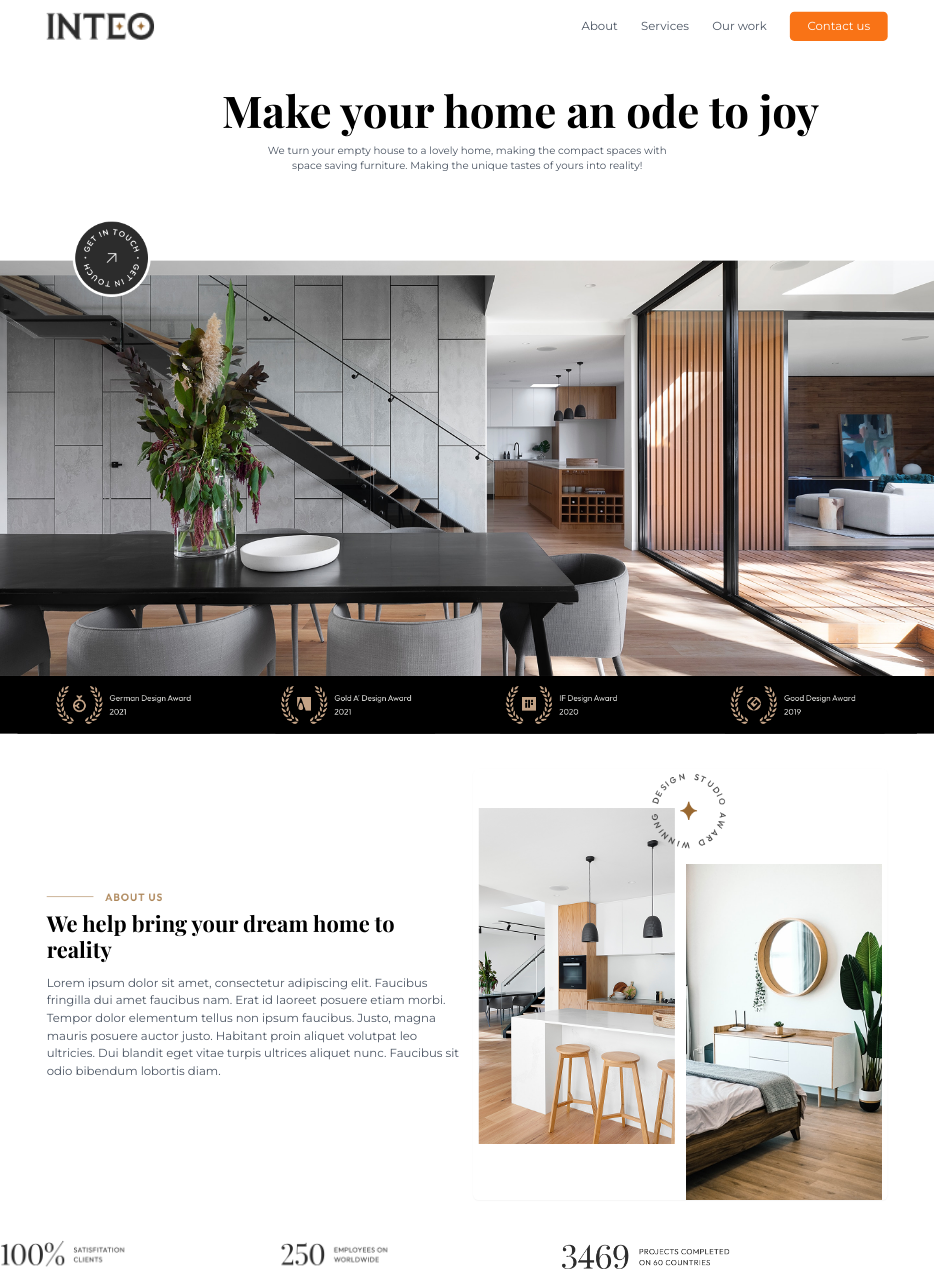
Repository: CatherinneJ/responsive-tailwind-website
Page: tailwind.html
These files come from the project's save history. The page is drawn as it stood at one moment and after the next save; the edit follows.
The browser window is 1280 px wide. The pictures show the whole page, at 73% of full size.
Some web libraries are served in a nearby version.

Above is the page before, as saved 2025-05-21 20:01:35.

### tailwind.html
<!DOCTYPE html>
<html lang="en">

<head>
    <meta charset="UTF-8">
    <meta name="viewport" content="width=device-width, initial-scale=1.0">
    <title>NTEO - Make your home an ode to joy</title>
    <script src="https://cdn.tailwindcss.com"></script>
    <link
        href="https://fonts.googleapis.com/css2?family=Playfair+Display:wght@400;700&family=Montserrat:wght@300;400;500;600&display=swap"
        rel="stylesheet">
    <style>
        .font-playfair {
            font-family: 'Playfair Display', serif;
        }

        body {
            font-family: 'Montserrat', sans-serif;
        }
    </style>
</head>

<body class="bg-white">
    <header class="py-3 px-4 sm:py-4 sm:px-6 lg:px-16">
        <nav class="flex justify-between items-center">
            <img src="./Assets/Logo.png" alt="logo" class="h-8 sm:h-10">
            <ul class="flex space-x-4 sm:space-x-6 md:space-x-8 items-center">
                <li class="hidden sm:inline-block text-gray-600 hover:text-black text-sm sm:text-base">About</li>
                <li class="hidden sm:inline-block text-gray-600 hover:text-black text-sm sm:text-base">Services</li>
                <li class="hidden md:inline-block text-gray-600 hover:text-black text-sm sm:text-base">Our work</li>
                <li
                    class="bg-orange-500 text-white px-4 py-1 sm:px-6 sm:py-2 rounded-md hover:bg-orange-600 text-sm sm:text-base">
                    Contact us</li>
            </ul>
        </nav>
    </header>
    <section
        class="flex flex-col items-center justify-center px-4 sm:px-6 lg:px-16 pt-6 pb-3 sm:pt-8 sm:pb-4 md:pt-12 md:pb-8 text-center">
        <h1
            class="text-3xl sm:text-4xl md:text-5xl lg:text-6xl font-bold whitespace-normal sm:whitespace-nowrap font-playfair mb-3 sm:mb-4 max-w-2xl">
            Make your home an ode to joy
        </h1>

        <p class="text-base sm:text-lg md:text-sm text-gray-600 mb-6 sm:mb-8 max-w-md sm:max-w-xl">
            We turn your empty house to a lovely home, making the compact spaces with space saving furniture. Making the
            unique tastes of yours into reality!
        </p>
    </section>

    <section class="mt-0">
        <img src="./Assets/Creative.png" class="w-full sm:whitespace-wrap" alt="Creative">
    </section>

    <section id="awards" class=" bg-black mt-0 sm:px-6">
        <div class="grid grid-cols-1 md:grid-cols-2 bg-black lg:grid-cols-4 gap-4 px-2 bg-black">

            <img src="./Assets/Awards1.png" class="w-2/3 sm:w-2/3 md:w-3/5 lg:w-3/4 mx-auto bg-black p-2"
                alt="award1">
            <img src="./Assets/Awards 2.png" class="w-2/3 sm:w-2/3 md:w-3/5 lg:w-3/4 mx-auto bg-black p-2"
                alt="award2">
            <img src="./Assets/Awards 3.png" class="w-2/3 sm:w-2/3 md:w-3/5 lg:w-3/4 mx-auto bg-black p-2"
                alt="award3">
            <img src="./Assets/Awards 4.png" class="w-2/3 sm:w-2/2 md:w-3/5 lg:w-3/4 mx-auto bg-black p-2"
                alt="award4">

        </div>
    </section>

    <section class="flex flex-col md:flex-row items-center gap-3 sm:gap-4 px-4 sm:px-6 lg:px-16 py-6 sm:py-8 md:py-12">
        <div class="md:w-1/2 order-2 md:order-1 mt-4 md:mt-0">

            <img src="./Assets/Eyebrow.png" class="mb-2 h-6 sm:h-4 md:h-5" alt="About us">

            <h2 class="text-xl sm:text-2xl md:text-3xl font-playfair font-bold mb-3 sm:mb-4">
                We help bring your dream home to reality
            </h2>
            <p class="text-gray-600 text-sm sm:text-base">
                Lorem ipsum dolor sit amet, consectetur adipiscing elit. Faucibus fringilla dui amet faucibus nam. Erat
                id laoreet posuere etiam morbi. Tempor dolor elementum tellus non ipsum faucibus. Justo, magna mauris
                posuere auctor justo. Habitant proin aliquet volutpat leo ultricies. Dui blandit eget vitae turpis
                ultrices aliquet nunc. Faucibus sit odio bibendum lobortis diam.
            </p>
        </div>
        <div class="md:w-1/2 order-1 md:order-2">
            <img src="./Assets/Section.png" alt="Home design" class="w-full rounded-lg shadow-sm">
        </div>
    </section>
    <search>
        <h3>
            <ul class="flex flex-wrap">
                <li><img src="./Assets/Metric Item.png" class="w-2/3 md-1/3" alt="metric1"></li>
                <li><img src="./Assets/Metric Item (1).png" class="w-2/3" alt="metric2"></li>
                <li><img src="./Assets/Metric Item (2).png" class="w-2/3 sm:w-2/2 md:w-3/5 lg:w-3/4" alt="metric3"></li>
            </ul>
        </h3>
    </search>
</body>

</html>

After the next save:
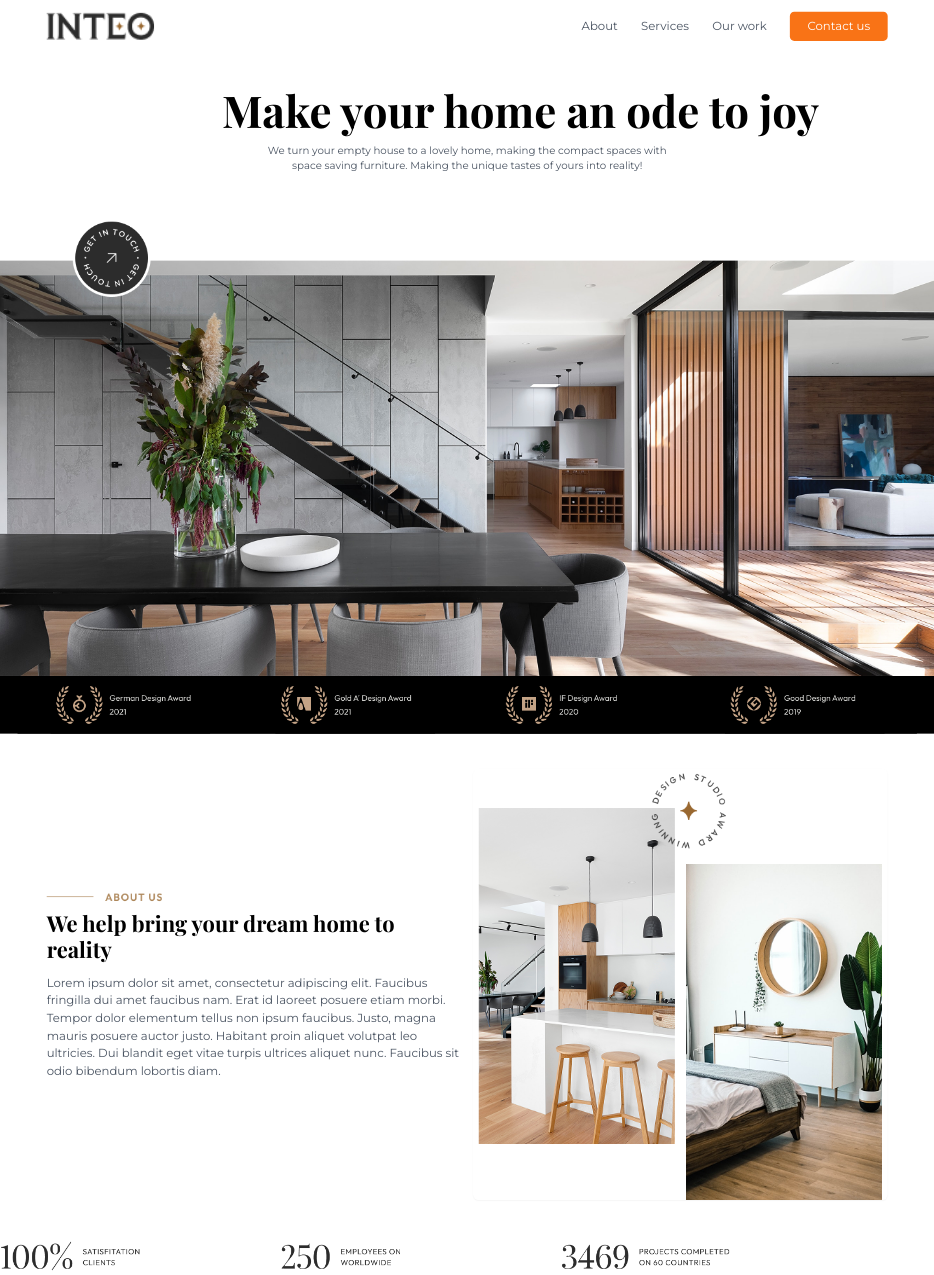
Saved 15 s later.
--- a/tailwind.html
+++ b/tailwind.html
@@ -88,8 +88,8 @@
     <search>
         <h3>
             <ul class="flex flex-wrap">
-                <li><img src="./Assets/Metric Item.png" class="w-2/3 md-1/3" alt="metric1"></li>
-                <li><img src="./Assets/Metric Item (1).png" class="w-2/3" alt="metric2"></li>
+                <li><img src="./Assets/Metric Item.png" class="w-2/3 sm:w-2/2 md:w-3/5 lg:w-3/4" alt="metric1"></li>
+                <li><img src="./Assets/Metric Item (1).png" class="w-2/3 sm:w-2/2 md:w-3/5 lg:w-3/4" alt="metric2"></li>
                 <li><img src="./Assets/Metric Item (2).png" class="w-2/3 sm:w-2/2 md:w-3/5 lg:w-3/4" alt="metric3"></li>
             </ul>
         </h3>
